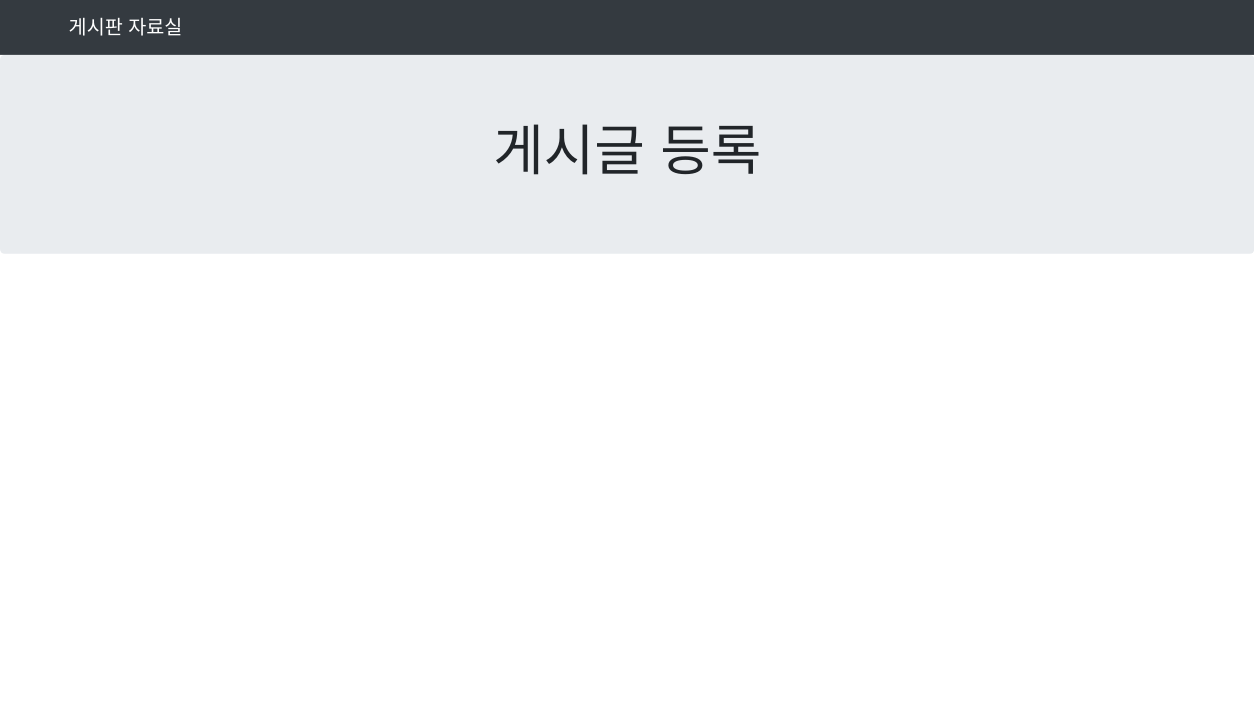
Repository: LeeKukJu/JSP-Study
Page: http://localhost/JSPBook/ch11/totaltest/boardUpdateForm.jsp?b1naGC
An editor plug-in stored every save of this project. The page is shown before and after the next save, followed by the edit.
The browser window is 1280 px wide. The pictures show the whole page, at 98% of full size.
The page is served by Tomcat 9. Nobody is signed in. The application's start-up code is not run.

Above is the page before, as saved 2023-02-04 05:17:10.

After the next save:
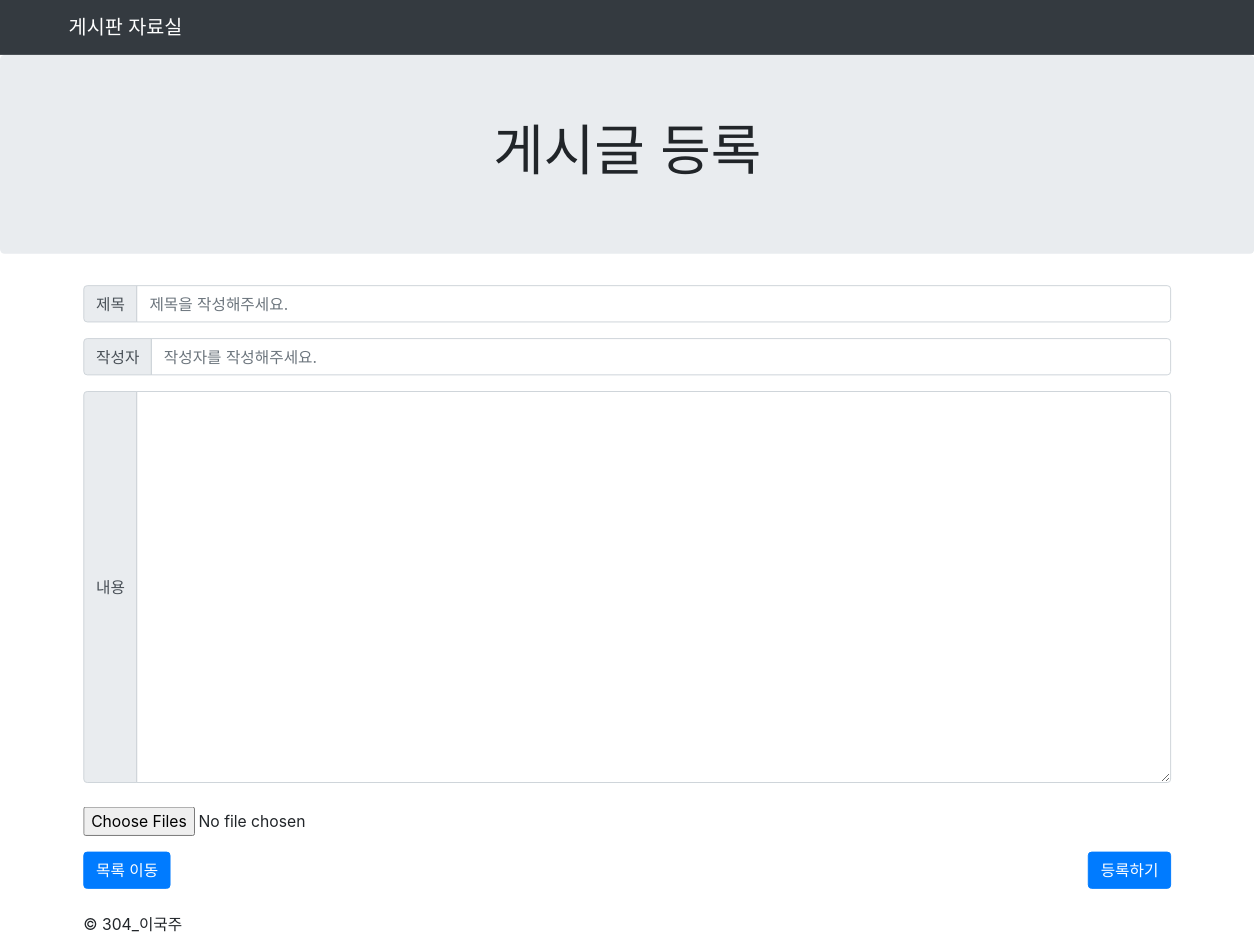
Saved 94 s later.
--- a/JSPBook/WebContent/ch11/totaltest/boardUpdateForm.jsp
+++ b/JSPBook/WebContent/ch11/totaltest/boardUpdateForm.jsp
@@ -1,7 +1,7 @@
 <%@page import="dto.BoardVO"%>
 <%@page import="dao.BoardDAO"%>
 <%@ page language="java" contentType="text/html; charset=UTF-8"
-    pageEncoding="UTF-8"%>
+	pageEncoding="UTF-8"%>
 <%@taglib prefix="c" uri="http://java.sun.com/jsp/jstl/core"%>
 <!DOCTYPE html>
 <html>
@@ -36,7 +36,7 @@
 	}
 </script>
 <body>
-<!--
+	<!--
 	게시판 FORM 페이지를 작성해주세요.
 
 	*** 수정을 하기위해서 가져온 수정 할 게시판 데이터를 아래에 먼저 출력해서 보여주세요.
@@ -61,20 +61,79 @@
 
 	2) 목록 버튼을 클릭 시, 게시판 목록 페이지로 이동해주세요(boardList.jsp)
  -->
- <%
- 	String boardId = request.getParameter("id");
+	<%
+	String boardId = request.getParameter("id");
 
- 	BoardDAO boardDAO = BoardDAO.getInstance();
+	BoardDAO boardDAO = BoardDAO.getInstance();
 	BoardVO board = boardDAO.getBoardById(boardId);
- %>
- <c:set var="board" value="<%=board%>" />
+	%>
+	<c:set var="board" value="<%=board%>" />
 
- <%@include file="./menu.jsp"%>
+	<%@include file="./menu.jsp"%>
 	<div class="jumbotron">
 		<div class="container" align="center">
 			<h1 class="display-4">게시글 등록</h1>
 		</div>
 	</div>
 
+	<div class="container">
+		<form action="./boardInsert.jsp" name="registForm" method="post"
+			enctype="multipart/form-data">
+			<div class="row">
+				<div class="col">
+					<!-- id -->
+					<input type="hidden" name="id" value="${boardId}">
+
+					<!-- 제목 -->
+					<div class="input-group mb-3">
+						<div class="input-group-prepend">
+							<span class="input-group-text" id="basic-addon1">제목</span>
+						</div>
+						<input type="text" class="form-control" name="title"
+							placeholder="제목을 작성해주세요." aria-label="Username"
+							aria-describedby="basic-addon1">
+					</div>
+
+					<!-- 작성자 -->
+					<div class="input-group mb-3">
+						<div class="input-group-prepend">
+							<span class="input-group-text" id="basic-addon2">작성자</span>
+						</div>
+						<input type="text" class="form-control" name="author"
+							placeholder="작성자를 작성해주세요." aria-label="Username"
+							aria-describedby="basic-addon2">
+					</div>
+
+					<div class="input-group">
+						<div class="input-group-prepend">
+							<span class="input-group-text">내용</span>
+						</div>
+						<textarea class="form-control" name="content"
+							style="height: 400px;" aria-label="With textarea"></textarea>
+					</div>
+					<br>
+
+					<!-- 파일 업로드 -->
+					<div class="input-group mb-3">
+						<input type="file" name="filename" multiple="multiple">
+					</div>
+				</div>
+			</div>
+
+			<div class="row">
+				<div class="col" align="left">
+					<a class="btn btn-primary" href="./boardList.jsp" role="button">목록
+						이동</a>
+				</div>
+				<div class="col" align="right">
+					<!-- 등록하기 -->
+					<button type="button" class="btn btn-primary"
+						onclick="CheckRegist();">등록하기</button>
+				</div>
+			</div>
+		</form>
+	</div>
+	<br>
+	<%@include file="./footer.jsp"%>
 </body>
 </html>
